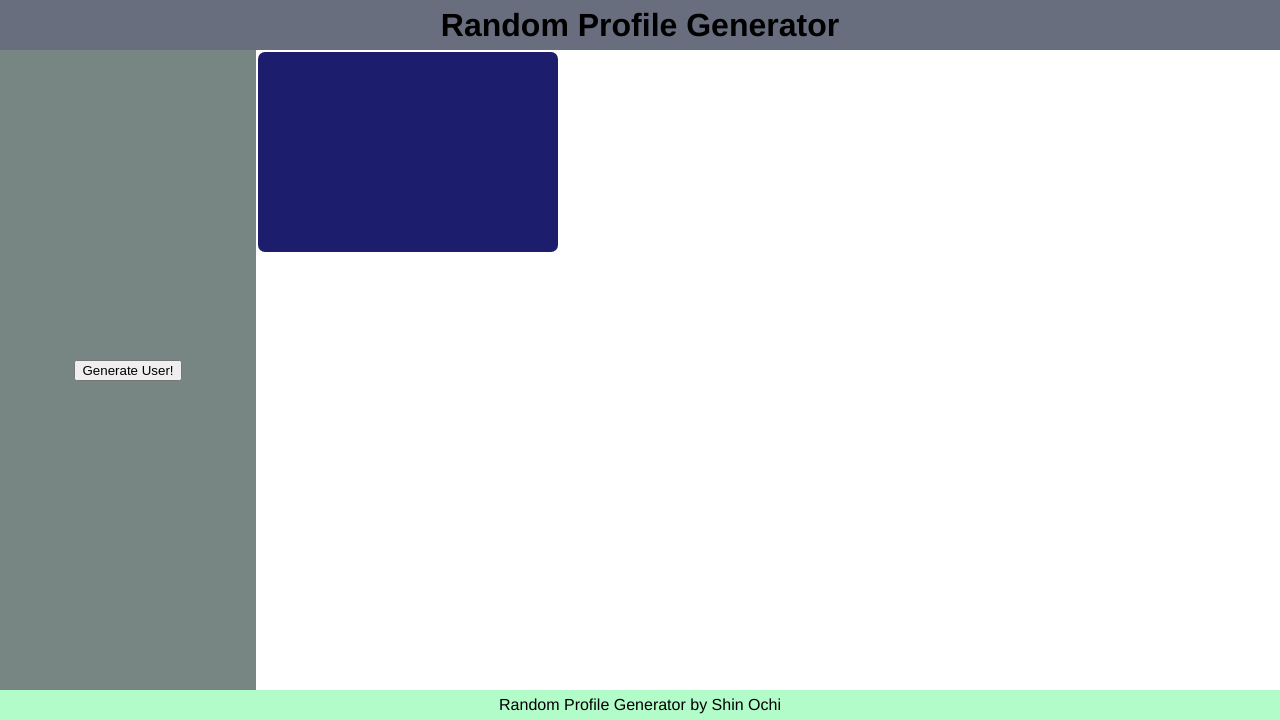
Repository: swaroopu-kr/Web-Application
Page: index.html
These files come from the project's save history. The page is drawn as it stood at one moment and after a run of saves; the edit follows.
The browser window is 1280 px wide. The pictures show the whole page.

Above is the page before, as saved 2021-11-01 16:40:49.

### index.html
<!DOCTYPE html>
<html>
  <head>
    <meta charset="utf-8">
    <meta name="viewport" content="width=device-width">
    <title>Ajax Weather Lab</title>
    <link href="./style.css" rel="stylesheet" type="text/css" />

    <script src="https://code.jquery.com/jquery-3.6.0.min.js" integrity="sha256-/xUj+3OJU5yExlq6GSYGSHk7tPXikynS7ogEvDej/m4=" crossorigin="anonymous"></script>

    <script defer src="./script.js"></script>
  </head>

  <body>

  <header>

    <h1>Random Profile Generator</h1>

    <br>
    <br>



    </header>

    <main>
<div class="flex-grid">
<div class=""


</div>

    </main>

    <aside>

      <div><button id="btn">Generate User!</button></div>
   </aside>

   <footer>
    <p> Random Profile Generator by Shin Ochi</p>



  </footer>


</body>
</html>

### style.css

      * {
        box-sizing: border-box;
      }

      body {
        height: 100vh;
        margin: 0;
        font-family: Helvetica;
        display: grid;
        /* mobile first - single column */
        grid-template-columns: 1fr;
        grid-template-rows: 50px 30px auto 100px;

      }

      header {
        grid-area: hdr;
        background-color: #696e7e;
      }

      footer {
        grid-area: ftr;
        background-color: #b1fcc8;
      }

      aside{

        background-color: #0421188a;

      }





      header,
      footer,
      aside {
        display: flex;
        justify-content: center;
        align-items: center;
      }

      @media only screen and (min-width: 768px) {
        body {
          grid-template-columns: 1fr 4fr;
          grid-template-rows: 50px auto 30px;
          grid-template-areas:
          "hdr hdr"
          "side content"
          "ftr ftr";
        }

      }



      .square {
        width: 200px;
        height: 200px;
        display: flex;
        justify-content: center;
        align-items: center;
        font-size: 75px;
    }


    #p, main {
      display: flex;
      flex-direction: row;
      padding: 1rem;
      border-radius: 7px;
      margin: .15rem;
      text-shadow: 2px 3px 5px #000000;
      width: 18.75rem;
      height: 12.5rem; /* rem stands for root element metric - by default it's equal to 16 */
      grid-area: content;
        background-color: #1c1e6d;
        color: white;
        justify-content: center;
        align-items: left;
        flex-grow: 4;






    }




    .flex-grid {
      display: flex;
      flex-wrap: wrap;
      height: 500px;
    }
    .grid-item {
      flex: 1 1 calc(100% - 50px);
      background: #F90;
      border-top: solid 1px #000;
    }
    .grid-item:nth-child(odd) {
      background: #F00;
      flex: 0 0 50px;
    }

### script.js



BASE_URL = 'https://randomuser.me/api/?results=3';

const $main = $('main');


let btn = document.getElementById('btn');

btn.addEventListener("click", function () {
  fetch(BASE_URL)
    .then(parseJSON)
    .then(newUser)
});

function parseJSON(seperate) {
  return seperate.json();
}

//array info below.

function newUser(profile) {
  $main.html(`

  <img src="${profile.results[0].picture.medium}">
  <p>Name: ${profile.results[0].name.first + " " + profile.results[0].name.last}</p>

  <p>Sex: ${profile.results[0].gender}</p>
  <p>Age: ${profile.results[0].dob.age}</p>
  <p>User Name: ${profile.results[0].login.username}</p>
  <p>Email: ${profile.results[0].email}</p>
  <p>Location: ${ profile.results[0].location.city + " " + profile.results[0].location.state}</p>
  <p>Phone: ${ profile.results[0].cell}</p>
<br>
<br>
<img src="${profile.results[1].picture.medium}">
  <p>Name: ${profile.results[1].name.first + " " + profile.results[1].name.last}</p>
  <p>Sex: ${profile.results[1].gender}</p>
  <p>Age: ${profile.results[1].dob.age}</p>
  <p>User Name: ${profile.results[1].login.username}</p>
  <p>Email: ${profile.results[1].email}</p>
  <p>Location: ${ profile.results[1].location.city + " " + profile.results[1].location.state}</p>
  <p>Phone: ${ profile.results[1].cell}</p>

<br>
<br>

<img src="${profile.results[2].picture.medium}">
  <p>Name: ${profile.results[2].name.first + " " + profile.results[2].name.last}</p>
  <p>Sex: ${profile.results[2].gender}</p>
  <p>Age: ${profile.results[2].dob.age}</p>
  <p>User Name: ${profile.results[2].login.username}</p>
  <p>Email: ${profile.results[2].email}</p>
  <p>Location: ${ profile.results[2].location.city + " " + profile.results[2].location.state}</p>
  <p>Phone: ${ profile.results[2].cell}</p>

`);

  return;
}

After the next 3 saves:
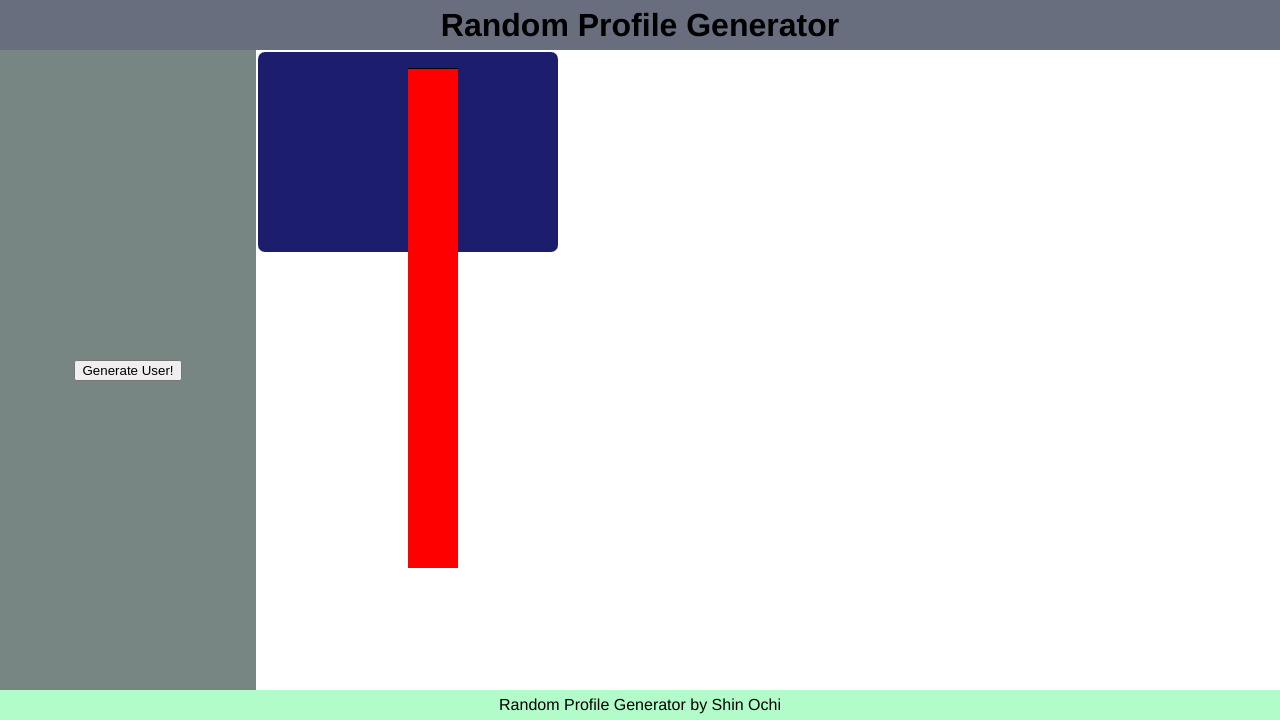
The 3 saves are shown as one change because they came seconds apart.
The last was saved 11 s later.
--- a/index.html
+++ b/index.html
@@ -26,7 +26,7 @@
 
     <main>
 <div class="flex-grid">
-<div class=""
+<div class="grid-item"></div>
 
 
 </div>
